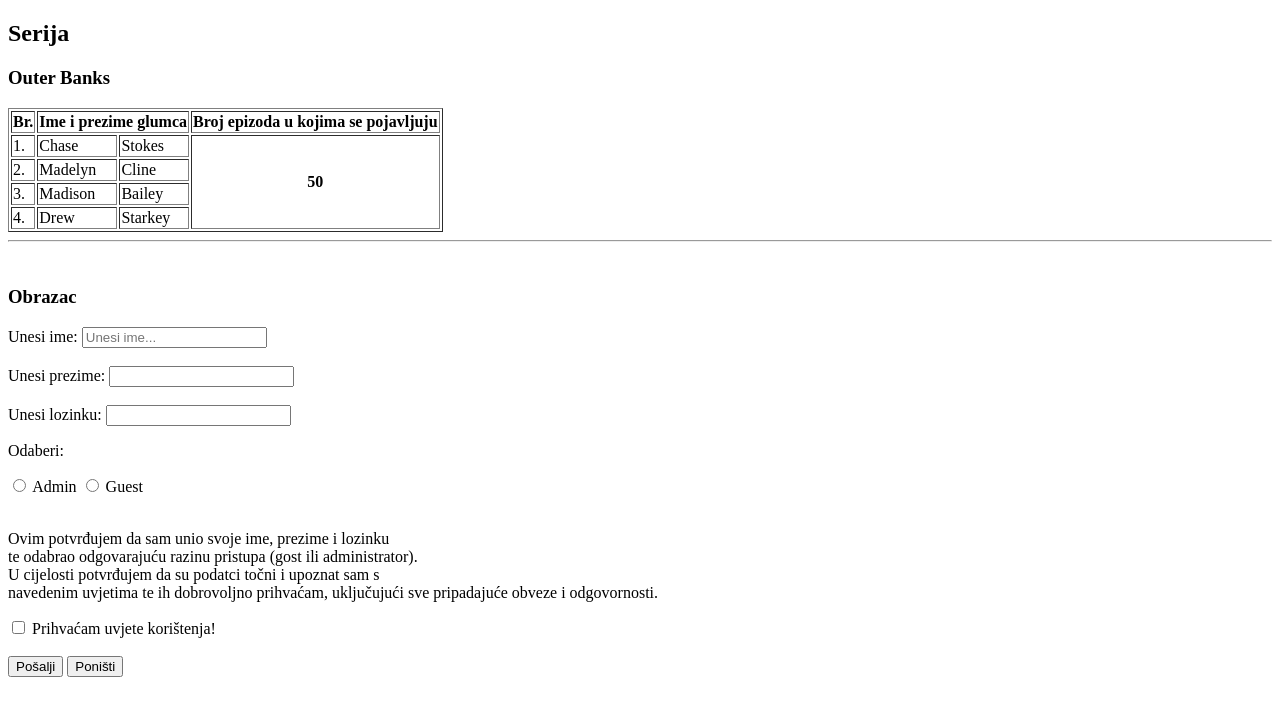
Repository: larabiondic/wp_biondic_lara
Page: Domace zadace/Zadaća.2.html
An editor plug-in stored every save of this project. The page is shown before and after the next save, followed by the edit.
The browser window is 1280 px wide. The pictures show the whole page.

Above is the page before, as saved 2025-11-03 20:55:06.

After the next save:
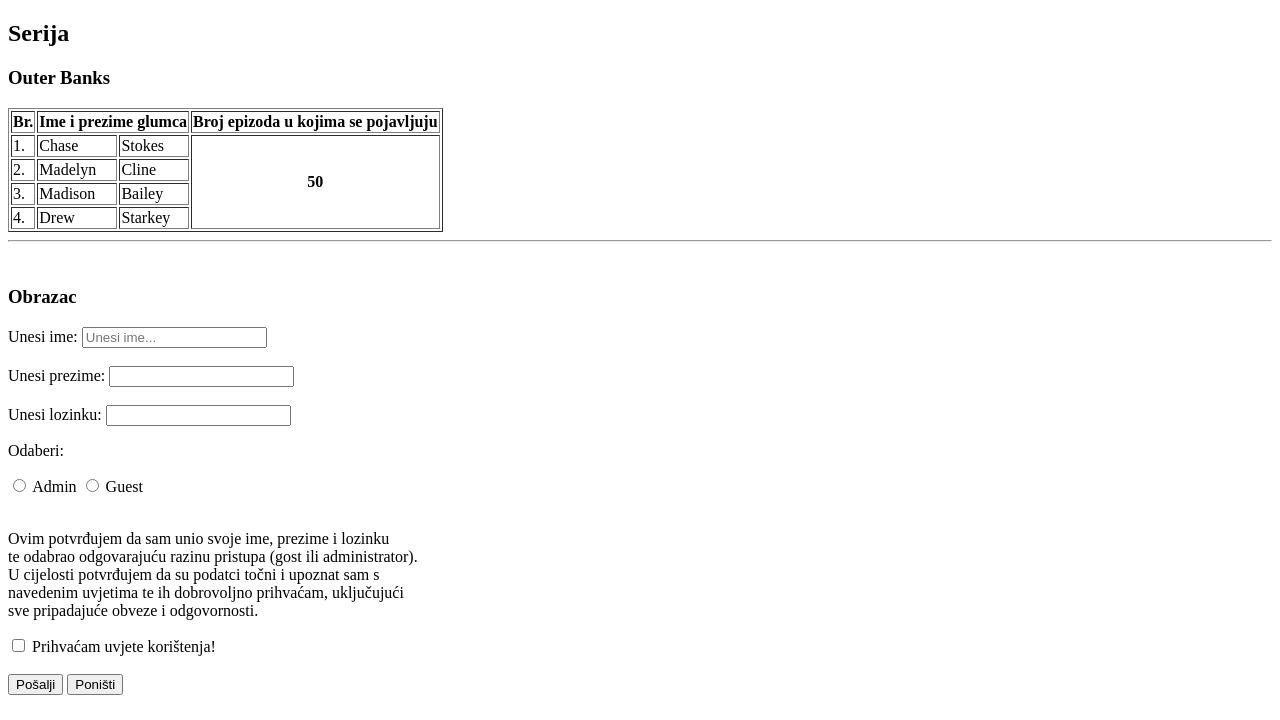
Saved 13 s later.
--- a/Domace zadace/Zadaća.2.html
+++ b/Domace zadace/Zadaća.2.html
@@ -68,7 +68,7 @@
             prezime i lozinku <br>te odabrao odgovarajuću razinu pristupa
             (gost ili administrator). <br> U cijelosti potvrđujem da su podatci
             točni i upoznat sam s <br>navedenim uvjetima te ih dobrovoljno prihvaćam,
-            uključujući sve pripadajuće obveze i odgovornosti.</p>
+            uključujući <br> sve pripadajuće obveze i odgovornosti.</p>
         <input type="checkbox" name="uvjeti korištenja" id="uvjeti korištenja">
         <label for="uvjeti korištenja">Prihvaćam uvjete korištenja!</label>
         <br>
